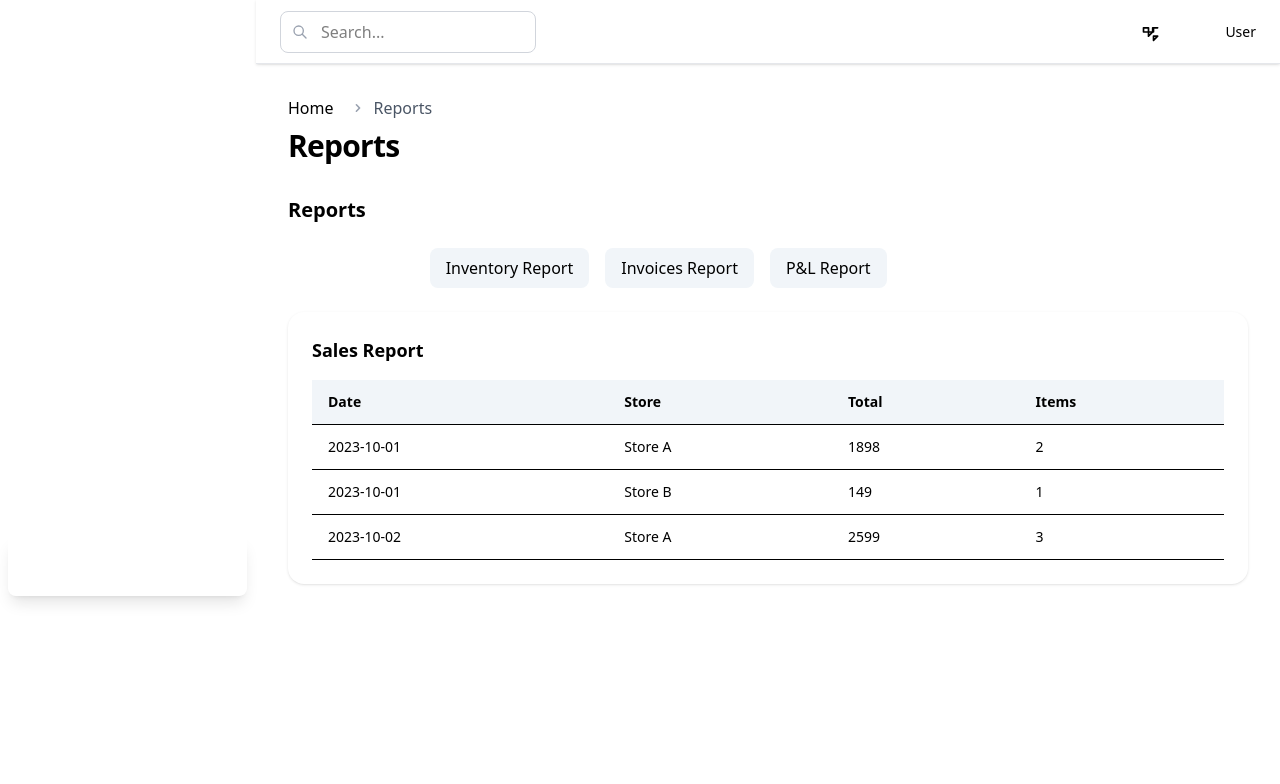
Repository: Ndegwa2/MulistorePOS
Page: /, after clicking the first element matching `nav.mt-4 > :nth-child(8)`
The author's editor kept a copy of each file at every save. The page is drawn from the files as they stood at one save, then again after the next save.
The browser window is 1280 px wide. The pictures show the whole page.
The project was rebuilt for these pictures with package versions that can differ from the ones it lists, and the page was loaded fresh each time. Also part of the build but not shown: vite.config.js, Frontend/EditModal.jsx, Frontend/DeleteConfirm.jsx, Frontend/subcategory.jsx, Frontend/brand.jsx, Frontend/productPanel.jsx, Frontend/stockPanel.jsx, Frontend/salesPanel.jsx and 4 more.

Above is the page before, as saved 2025-10-03 20:37:43.

After the next save:
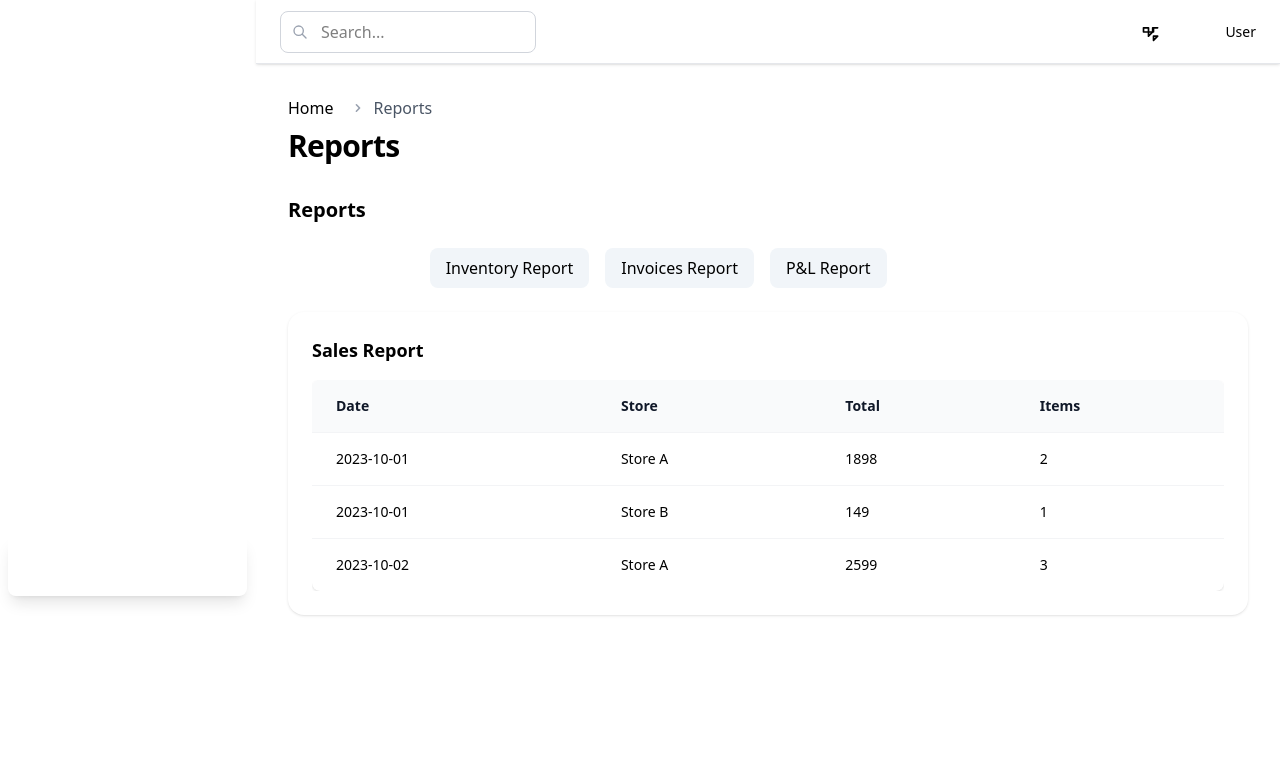
Saved 10 s later.
--- a/Frontend/reportsPanel.jsx
+++ b/Frontend/reportsPanel.jsx
@@ -45,20 +45,30 @@ export default function ReportsPanel() {
   };
 
   const renderTable = (data, columns) => (
-    <table className="w-full text-left border-collapse text-sm">
-      <thead className="bg-slate-100 border-b">
-        <tr>
-          {columns.map(col => <th key={col} className="py-3 px-4">{col}</th>)}
-        </tr>
-      </thead>
-      <tbody>
-        {data.map((row, idx) => (
-          <tr key={idx} className="border-b">
-            {columns.map(col => <td key={col} className="py-3 px-4">{row[col.toLowerCase().replace(' ', '')]}</td>)}
+    <div className="overflow-x-auto">
+      <table className="w-full text-left border-collapse text-sm bg-white rounded-lg shadow-sm overflow-hidden">
+        <thead className="bg-gray-50 sticky top-0">
+          <tr>
+            {columns.map(col => <th key={col} className="py-4 px-6 font-semibold text-gray-900">{col}</th>)}
           </tr>
-        ))}
-      </tbody>
-    </table>
+        </thead>
+        <tbody>
+          {data.map((row, idx) => (
+            <tr key={idx} className="border-t border-gray-100 hover:bg-gray-50 transition-colors">
+              {columns.map(col => {
+                const key = col.toLowerCase().replace(' ', '');
+                const value = row[key];
+                return (
+                  <td key={col} className="py-4 px-6">
+                    {col === 'Status' ? getStatusBadge(value) : value}
+                  </td>
+                );
+              })}
+            </tr>
+          ))}
+        </tbody>
+      </table>
+    </div>
   );
 
   return (
